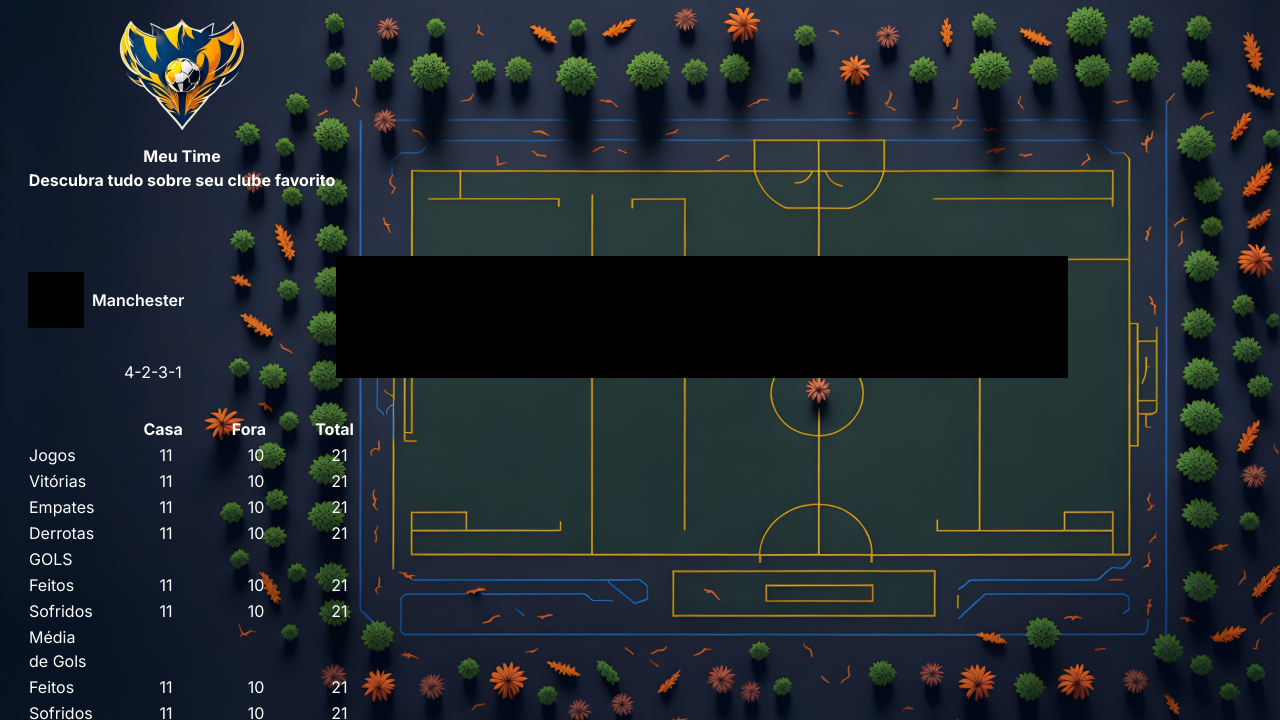
Repository: LuizAGDomingues/MeuTimeApp
Page: /statistics
These files come from the project's save history. The page is drawn as it stood at one moment and after the next save; the edit follows.
The browser window is 1280 px wide. The pictures show the whole page.
The project was rebuilt for these pictures with package versions that can differ from the ones it lists, and the page was loaded fresh each time. The framework's server and built-in components were replaced by stand-ins that run in the browser. Also part of the build but not shown: next.config.js.

Above is the page before, as saved 2023-05-26 14:17:21.

After the next save:
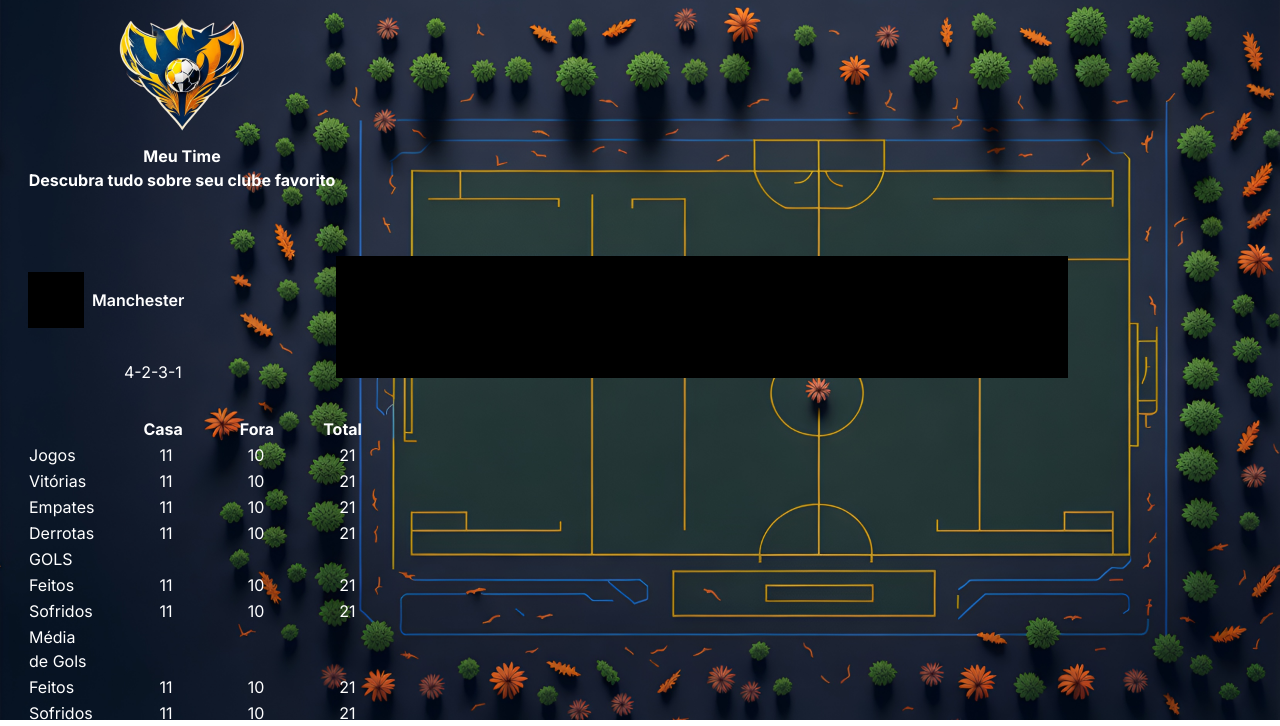
Saved 7 s later.
--- a/src/app/statistics/page.tsx
+++ b/src/app/statistics/page.tsx
@@ -65,7 +65,7 @@ function page() {
               <tr>
                 <th></th>
                 <th className="text-center pl-12">Casa</th>
-                <th className="text-center pl-12">Fora</th>
+                <th className="text-center pl-14">Fora</th>
                 <th className="text-center pl-12">Total</th>
               </tr>
             </thead>
